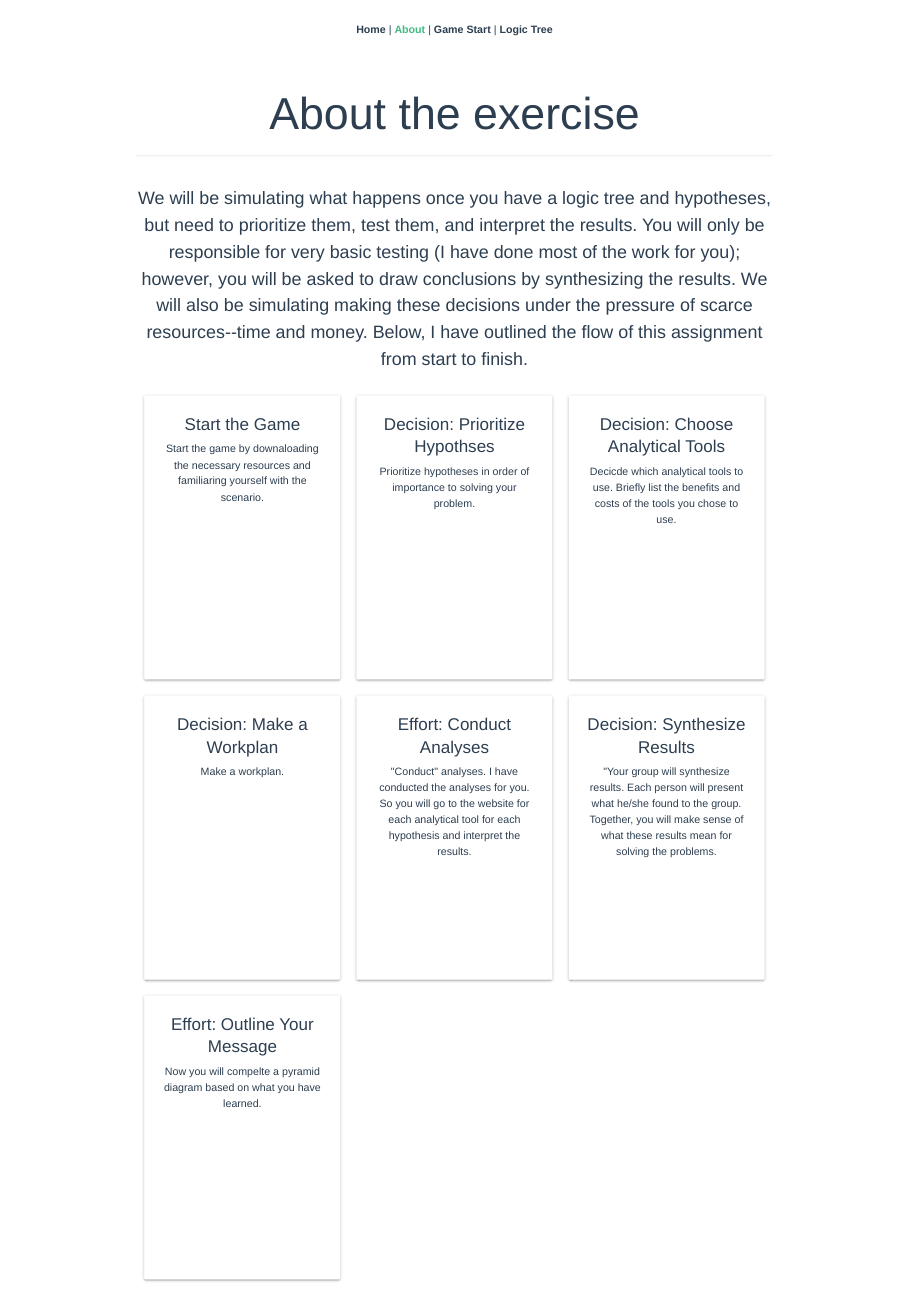
Repository: gallard28/posc4210app
Page: /#/about
An editor plug-in stored every save of this project. The page is shown before and after the next save, followed by the edit.
The browser window is 1280 px wide. The pictures show the whole page, at 71% of full size.
The project was rebuilt for these pictures with package versions that can differ from the ones it lists, and the page was loaded fresh each time. Also part of the build but not shown: src/views/Home.vue, src/views/Start.vue, src/views/Scenario.vue, src/views/Prioritize.vue, src/views/Choose_tools.vue, src/views/Analyses.vue, src/views/Workplan1.vue, src/views/Workplan2.vue and 2 more.

Above is the page before, as saved 2020-09-21 06:48:28.

### public/index.html
<!DOCTYPE html>
<html lang="en">
  <head>
    <meta charset="utf-8">
    <meta http-equiv="X-UA-Compatible" content="IE=edge">
    <meta name="viewport" content="width=device-width,initial-scale=1.0">
    <link rel="icon" href="<%= BASE_URL %>favicon.ico">
    <title><%= htmlWebpackPlugin.options.title %></title>

    <!-- Materialize CSS -->
    <!-- Compiled and minified CSS -->
    <link rel="stylesheet" href="https://cdnjs.cloudflare.com/ajax/libs/materialize/1.0.0/css/materialize.min.css">

    <!-- Compiled and minified JavaScript -->
    <script src="https://cdnjs.cloudflare.com/ajax/libs/materialize/1.0.0/js/materialize.min.js"></script>

    <!-- Google Fonts -->
    <link href="https://fonts.googleapis.com/icon?family=Material+Icons" rel="stylesheet">

  </head>
  <body>
    <noscript>
      <strong>We're sorry but <%= htmlWebpackPlugin.options.title %> doesn't work properly without JavaScript enabled. Please enable it to continue.</strong>
    </noscript>
    <div id="app"></div>
    <!-- built files will be auto injected -->
  </body>
</html>

### src/App.vue
<template>
  <div id="app">
    <div id="nav">
      <router-link to="/">Home</router-link> |
      <router-link to="/about">About</router-link> |
      <router-link to="/start">Game Start</router-link> |
      <router-link to="/scenario">Logic Tree</router-link>
    </div>
    <router-view/>
  </div>
</template>

<style>
#app {
  font-family: Avenir, Helvetica, Arial, sans-serif;
  -webkit-font-smoothing: antialiased;
  -moz-osx-font-smoothing: grayscale;
  text-align: center;
  color: #2c3e50;
}

#nav {
  padding: 30px;
}

#nav a {
  font-weight: bold;
  color: #2c3e50;
}

#nav a.router-link-exact-active {
  color: #42b983;
}
</style>

### src/router/index.js
import Vue from 'vue'
import VueRouter from 'vue-router'
import Home from '../views/Home.vue'
import Start from '../views/Start.vue'
import Scenario from '../views/Scenario.vue'
import Prioritize from '../views/Prioritize.vue'
import Choose_tools from '../views/Choose_tools.vue'
import Analyses from '../views/Analyses.vue'
import Workplan1 from '../views/Workplan1.vue'
import Workplan2 from '../views/Workplan2.vue'
import Workplan3 from '../views/Workplan3.vue'
import Pyramid from '../views/Pyramid.vue'

Vue.use(VueRouter)

const routes = [
  {
    path: '/',
    name: 'Home',
    component: Home
  },
  {
    path: '/start',
    name: 'Start',
    component: Start
  },
  {
    path: '/scenario',
    name: 'Scenario',
    component: Scenario
  },
  {
    path: '/prioritize',
    name: 'Prioritize',
    component: Prioritize
  },
  {
    path: '/choose_tools',
    name: 'Choose_tools',
    component: Choose_tools
  },
  {
    path: '/analyses',
    name: 'Analyses',
    component: Analyses
  },
  {
    path: '/workplan1',
    name: 'Workplan1',
    component: Workplan1
  },
  {
    path: '/workplan2',
    name: 'Workplan2',
    component: Workplan2
  },
  {
    path: '/workplan3',
    name: 'Workplan3',
    component: Workplan3
  },
  {
    path: '/pyramid',
    name: 'Pyramid',
    component: Pyramid
  },
  {
    path: '/about',
    name: 'About',
    // route level code-splitting
    // this generates a separate chunk (about.[hash].js) for this route
    // which is lazy-loaded when the route is visited.
    component: () => import(/* webpackChunkName: "about" */ '../views/About.vue')
  }
]

const router = new VueRouter({
  routes
})

export default router

### src/views/About.vue
<template>
  <div class="about container">
    <h1>About the exercise </h1>
    <div class="divider"></div>
    <div class="section">
      <div class="row">
        <p class="flow-text">We will be simulating what happens once you have a logic tree and hypotheses, but need to prioritize them, test them, and interpret the results. You will only be responsible for very basic testing (I have done most of the work for you); however, you will be asked to draw conclusions by synthesizing the results. We will also be simulating making these decisions under the pressure of scarce resources--time and money. Below, I have outlined the flow of this assignment from start to finish.</p>
        <!-- Card 1 -->
        <div class="col s12 m4">
          <div class="card medium">
            <div class="card-content">
              <span class="card-title">Start the Game</span>
              <p>Start the game by downaloading the necessary resources and familiaring yourself with the scenario.</p>
            </div>
          </div>
        </div>
        <!-- Card 2 -->
        <div class="col s12 m4">
          <div class="card medium">
            <div class="card-content">
              <span class="card-title">Decision: Prioritize Hypothses</span>
              <p>Prioritize hypotheses in order of importance to solving your problem.</p>
            </div>
          </div>
        </div>
        <!-- Card 3 -->
        <div class="col s12 m4">
          <div class="card medium">
            <div class="card-content">
              <span class="card-title">Decision: Choose Analytical Tools</span>
              <p>Decicde which analytical tools to use. Briefly list the benefits and costs of the tools you chose to use.</p>
            </div>
          </div>
        </div>
        <!-- Card 4 -->
        <div class="col s12 m4">
          <div class="card medium">
            <div class="card-content">
              <span class="card-title">Decision: Make a Workplan</span>
              <p>Make a workplan.</p>
            </div>
          </div>
        </div>
        <!-- Card 5 -->
        <div class="col s12 m4">
          <div class="card medium">
            <div class="card-content">
              <span class="card-title">Effort: Conduct Analyses</span>
              <p>"Conduct" analyses. I have conducted the analyses for you. So you will go to the website for each analytical tool for each hypothesis and interpret the results.</p>
            </div>
          </div>
        </div>
        <!-- Card 6 -->
        <div class="col s12 m4">
          <div class="card medium">
            <div class="card-content">
              <span class="card-title">Decision: Synthesize Results</span>
              <p>"Your group will synthesize results. Each person will present what he/she found to the group. Together, you will make sense of what these results mean for solving the problems.</p>
            </div>
          </div>
        </div>
        <!-- Card 7 -->
        <div class="col s12 m4">
          <div class="card medium">
            <div class="card-content">
              <span class="card-title">Effort: Outline Your Message</span>
              <p>Now you will compelte a pyramid diagram based on what you have learned.</p>
            </div>
          </div>
        </div>
      </div>
      <!-- End Row -->
    </div>
  </div>
</template>

<script>
export default {
  name:'About'
}
</script>

<style scoped>

</style>

Loaded but not shown: src/main.js (common file)

After the next save:
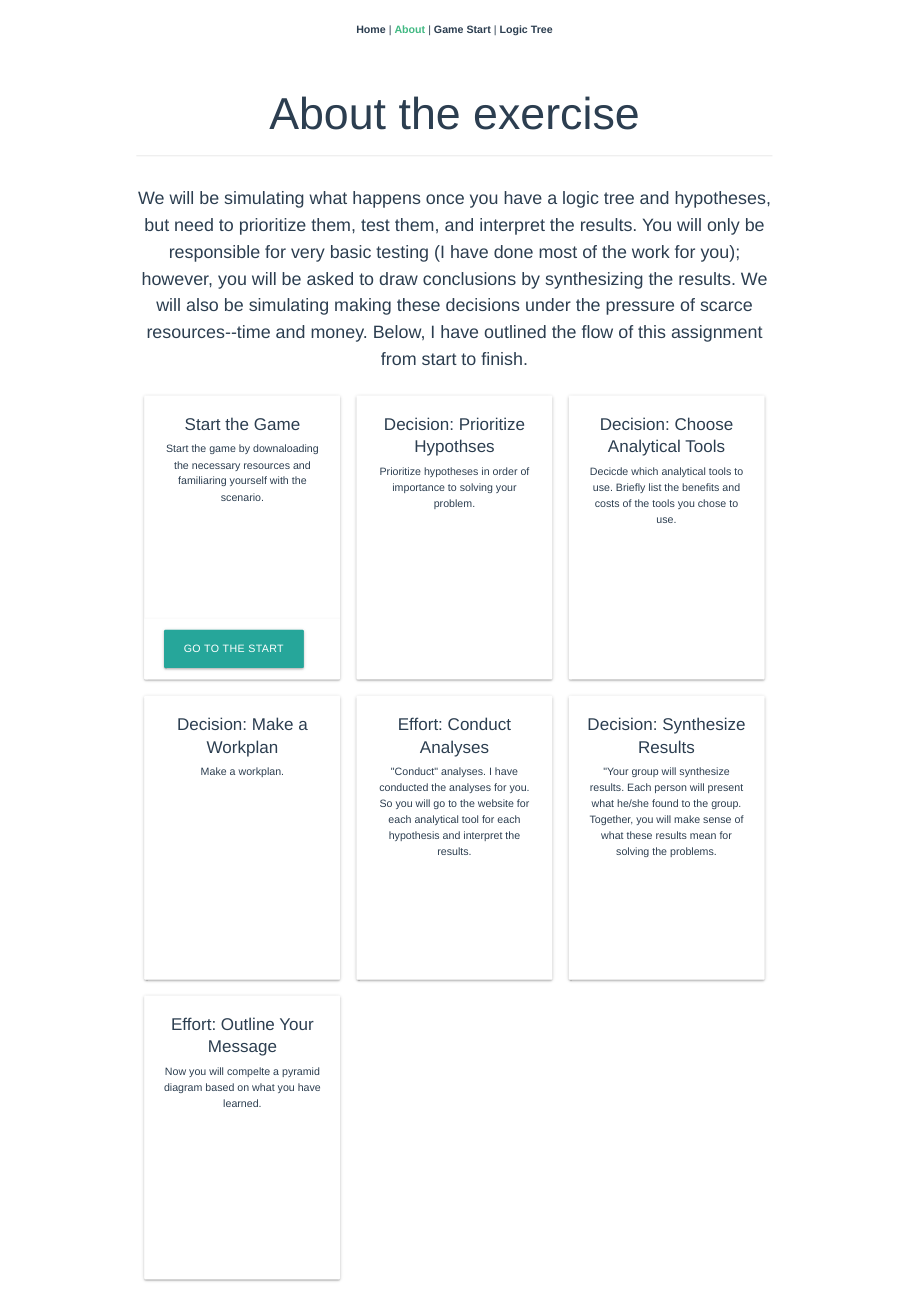
Saved 61 s later.
--- a/src/views/About.vue
+++ b/src/views/About.vue
@@ -11,6 +11,13 @@
             <div class="card-content">
               <span class="card-title">Start the Game</span>
               <p>Start the game by downaloading the necessary resources and familiaring yourself with the scenario.</p>
+            </div>
+            <div class="card-action">
+              <router-link to="/Start ">
+                <a class="waves-effect waves-light btn-large">
+                    Go to the start
+                </a>
+              </router-link>
             </div>
           </div>
         </div>
